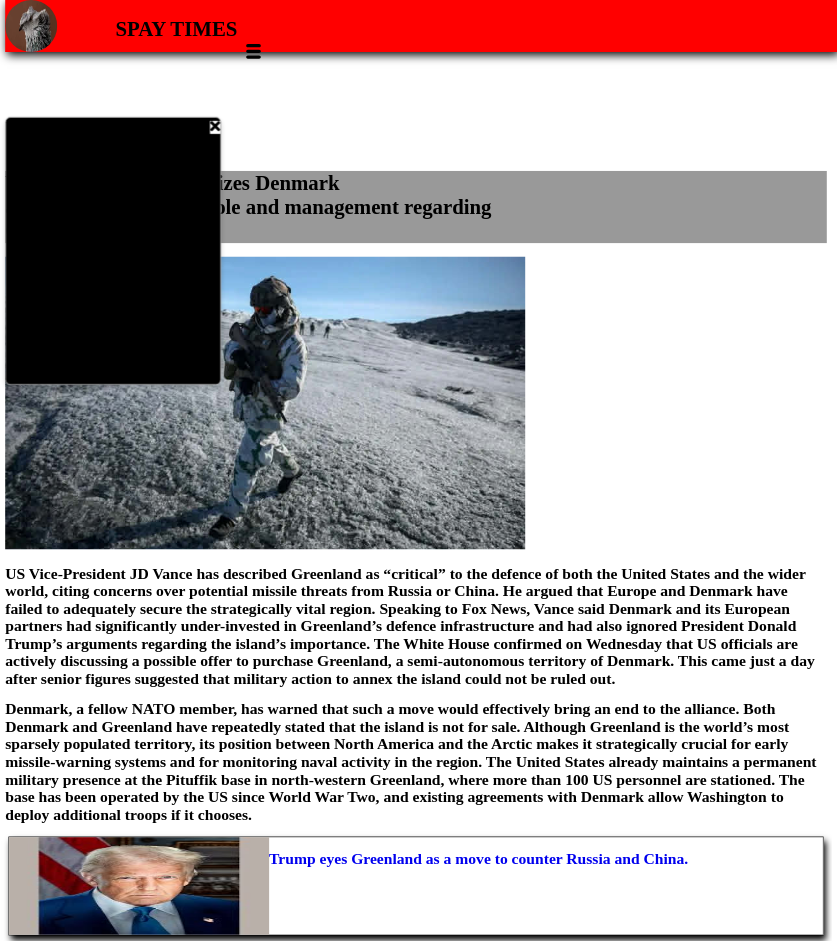
Repository: ridhukhan/spytimes
Page: /
The author's editor kept a copy of each file at every save. The page is drawn from the files as they stood at one save, then again after the next save.
The browser window is 1280 px wide. The page is 1280 px wide, then 1288 px, so the pictures cover 1288 px, including what lies to the right of the window. The pictures show the whole page, at 65% of full size.
The project was rebuilt for these pictures with package versions that can differ from the ones it lists, and the page was loaded fresh each time. Also part of the build but not shown: vite.config.js, src/components/policy/PrivecyPolicy.jsx, src/components/policy/Terms.jsx, src/components/trending/TrendingDetails.jsx, src/pages/heath/Dieabeties.jsx, src/pages/heath/Health.jsx, src/pages/heath/Allergy.jsx, src/pages/heath/WeightLose.jsx.

Above is the page before, as saved 2026-01-14 11:06:44.

After the next save:
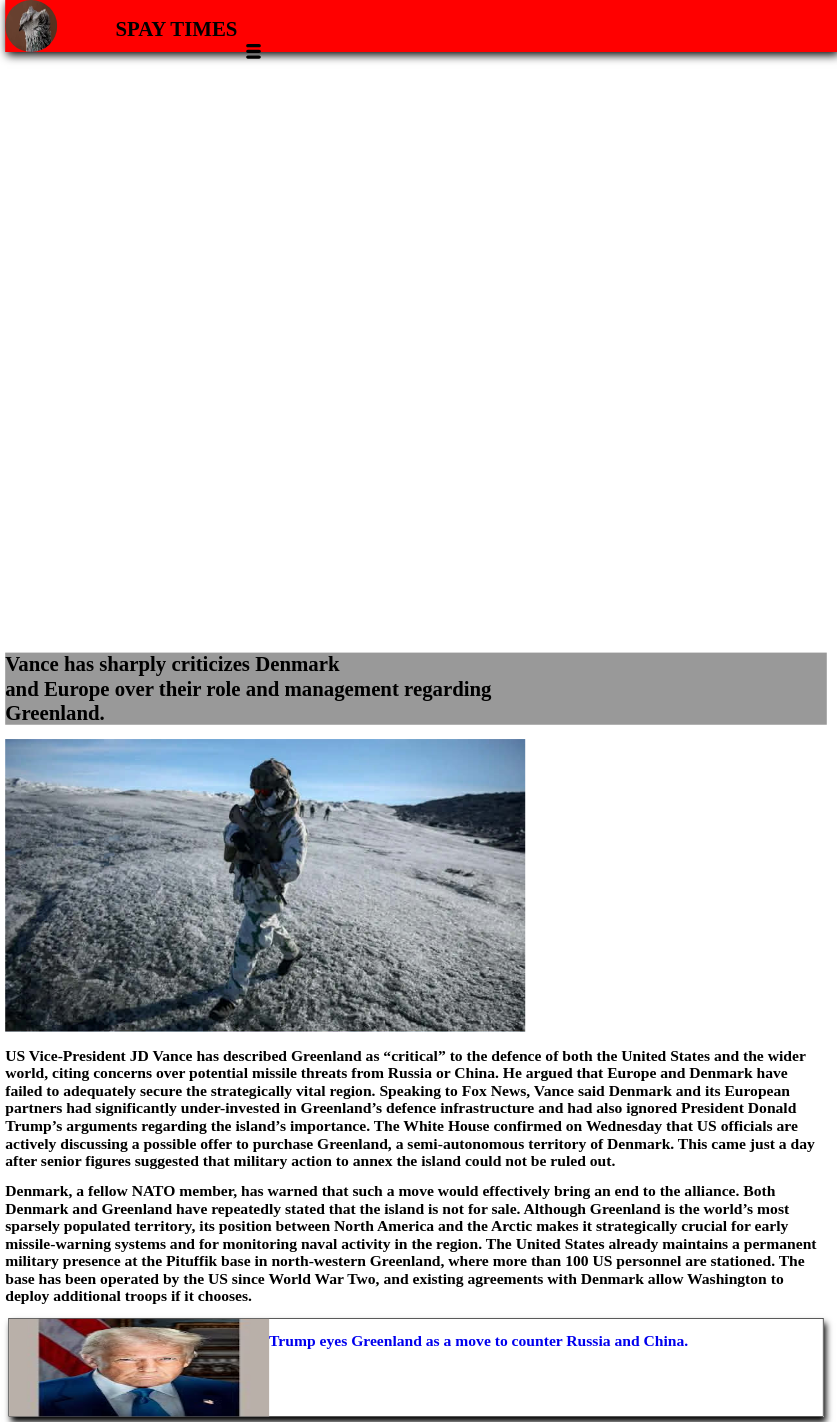
Saved 2 min 20 s later.
--- a/src/components/ads/FullPageAdBanner.jsx
+++ b/src/components/ads/FullPageAdBanner.jsx
@@ -1,9 +1,6 @@
-import { useEffect, useState } from "react";
-import { ImArrowRight, ImCross } from "react-icons/im";
+import { useEffect } from "react";
 
 const FullPageAdBanner = () => {
-  const [isVisible, setIsVisible] = useState(true);
-
   useEffect(() => {
     // স্ক্রিপ্ট তৈরি করা
     const script = document.createElement("script");
@@ -12,7 +9,7 @@ const FullPageAdBanner = () => {
     script.type = "application/javascript";
     document.body.appendChild(script);
 
-    // স্ক্রিপ্ট লোড হলে push করা
+    // স্ক্রিপ্ট লোড হয়ে গেলে AdProvider push করা
     script.onload = () => {
       window.AdProvider = window.AdProvider || [];
       window.AdProvider.push({ serve: {} });
@@ -24,39 +21,18 @@ const FullPageAdBanner = () => {
     };
   }, []);
 
-  if (!isVisible) return null; // cross click করলে hide হবে
-
-  // popup style
-  const popupStyle = {
-    position: "fixed",
-    top:"25%",
-    width: "320px",
-    height: "400px",
-    backgroundColor: "#000",
-    border: "1px solid #ccc",
-    boxShadow: "0 4px 8px rgba(0,0,0,0.2)",
-    zIndex: 9999,
-    padding: "5px",
-    borderRadius: "8px",
-  };
-
-  const closeButtonStyle = {
-    position: "absolute",
-    top: "5px",
-    right:"0",
-    cursor: "pointer",
-    fontWeight: "bold",
-    fontSize: "16px",
-    width:"5%",
-    backgroundColor:"white"
+  // Full page অ্যাড স্টাইল
+  const adStyle = {
+    width: "100vw",
+    height: "100vh",
+    display: "flex",
+    justifyContent: "center",
+    alignItems: "center",
+    overflow: "hidden",
   };
 
   return (
-    <div style={popupStyle}>
-      <span style={closeButtonStyle} onClick={() => setIsVisible(false)}>
-        <ImCross/>
-
-      </span>
+    <div style={adStyle}>
       <ins className="eas6a97888e33" data-zoneid="5827872"></ins>
     </div>
   );
